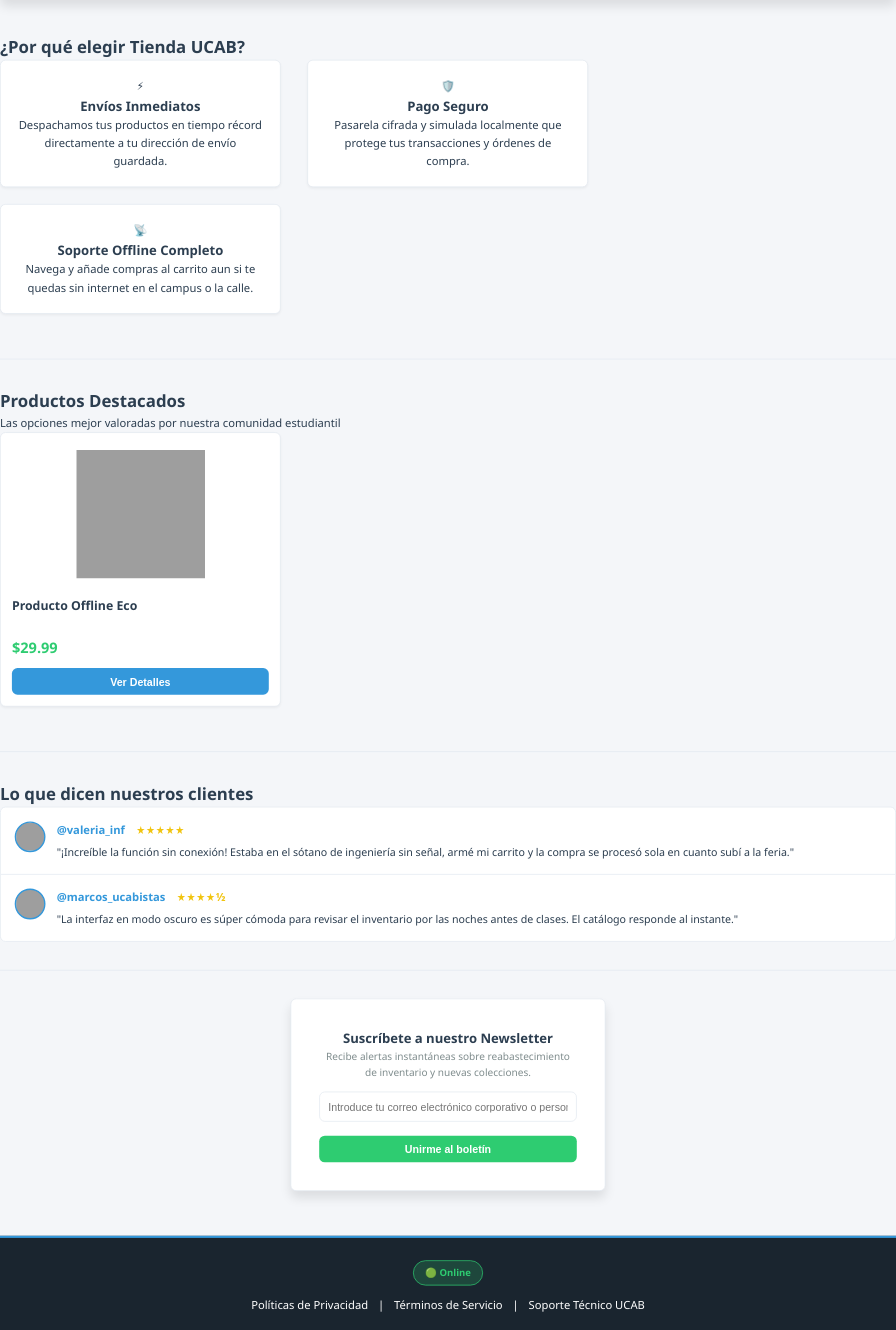
Repository: CamiloCeci/ecommerce-ucab
Page: index.html
These files come from the project's save history. The page is drawn as it stood at one moment and after the next save; the edit follows.
The browser window is 1280 px wide. The pictures show the part of the page from y = 438 to 2338 px (the page is 2449 px tall before and 2592 px after), at 70% of full size.
Pictures or frames that could not be fetched are drawn as grey boxes. The page's requests for data from a server got no answer.

Above is the page before, as saved 2026-06-08 11:46:31.

After the next save:
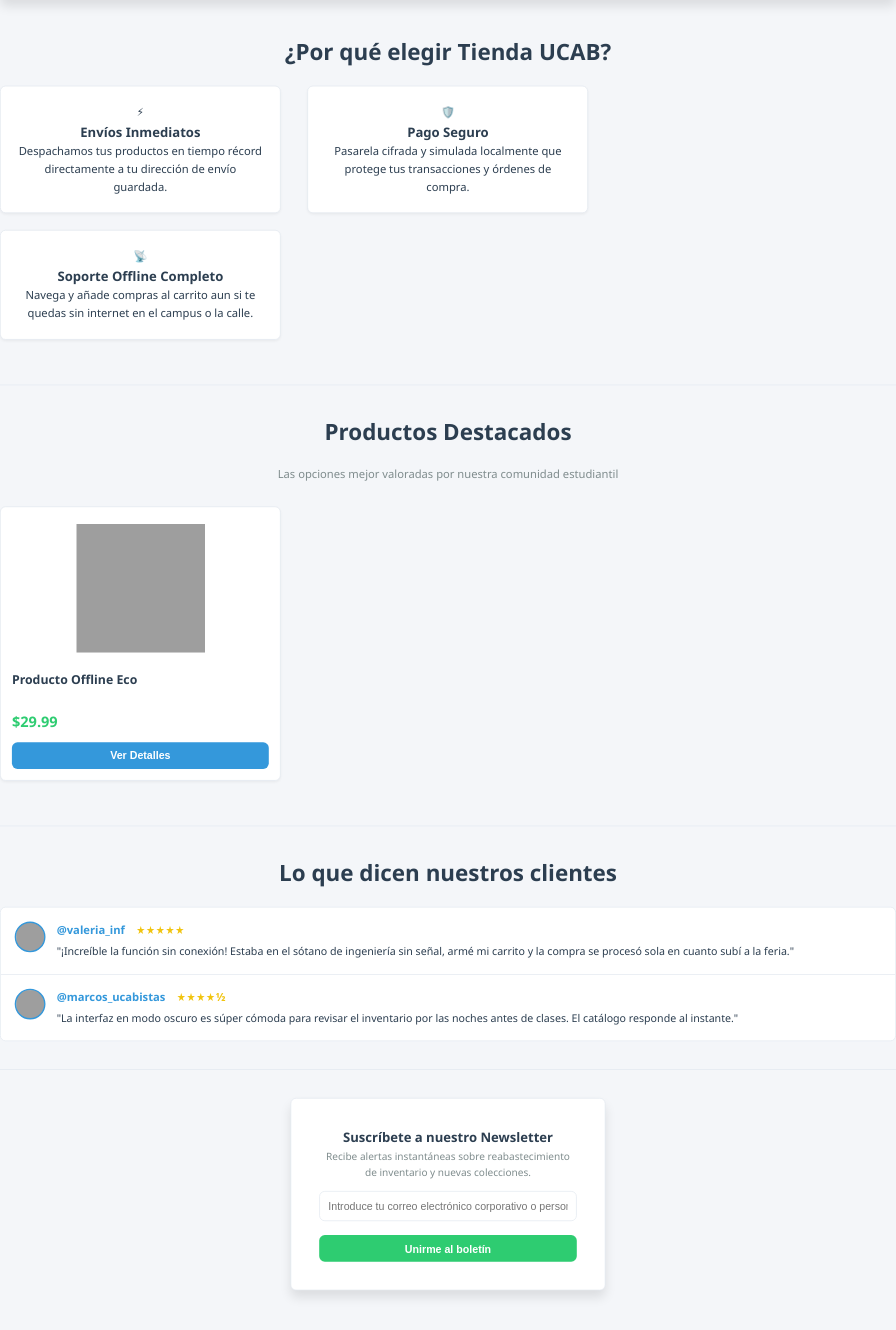
Saved 6 min 2 s later.
--- a/css/styles.css
+++ b/css/styles.css
@@ -630,4 +630,21 @@
         margin-right: 1.5rem;
     }
     .filters-bar input { width: 300px; }
-}
+
+/* Títulos de sección de la Landing Page */
+.section-title {
+    text-align: center;
+    margin-top: 2rem;
+    margin-bottom: 1.5rem;
+    font-size: 2rem;
+    color: var(--text-main);
+    clear: both; /* Asegura que no se monte con elementos flotantes anteriores */
+}
+
+.section-subtitle {
+    text-align: center;
+    color: var(--text-muted);
+    margin-bottom: 2rem;
+    font-size: 1rem;
+}
+}
